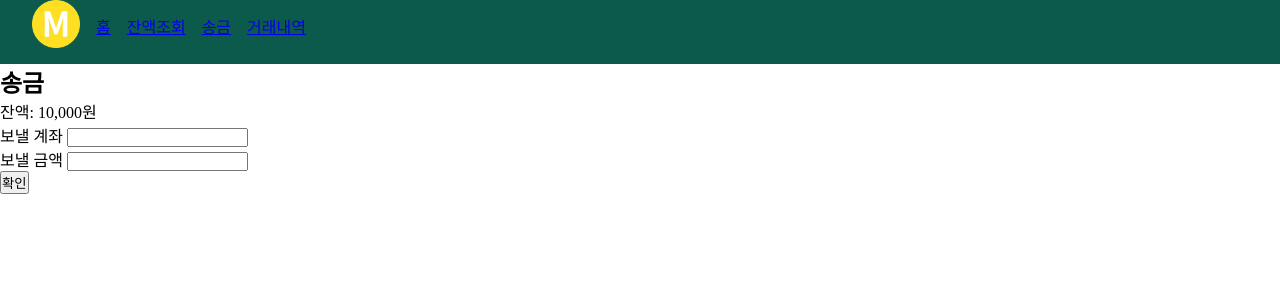
Repository: JiNookk/makaobank
Page: week06/makaoBank/transfer.html
The author's editor kept a copy of each file at every save. The page is drawn from the files as they stood at one save, then again after the next save.
The browser window is 1280 px wide. The pictures show the whole page.

Above is the page before, as saved 2022-09-13 14:13:06.

After the next save:
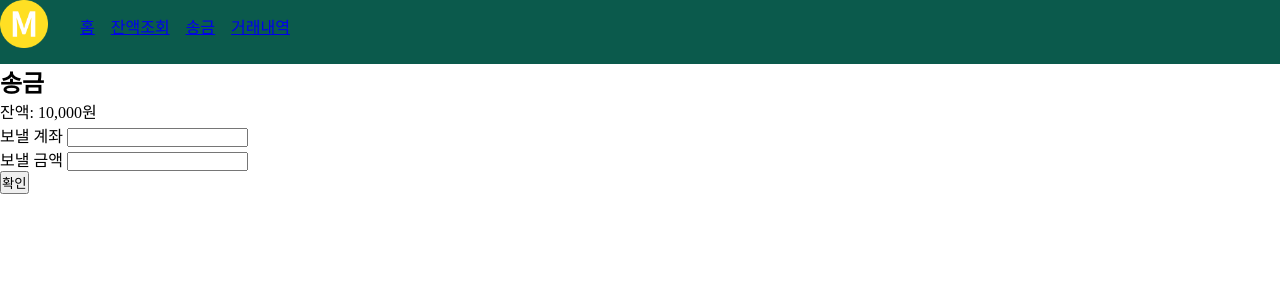
Saved 21 s later.
--- a/week06/makaoBank/css/elements.css
+++ b/week06/makaoBank/css/elements.css
@@ -11,7 +11,7 @@
 }
 
 #nav-item-container *{
-    margin-left: 1rem;
+    margin-right: 1rem;
 }
 
 
